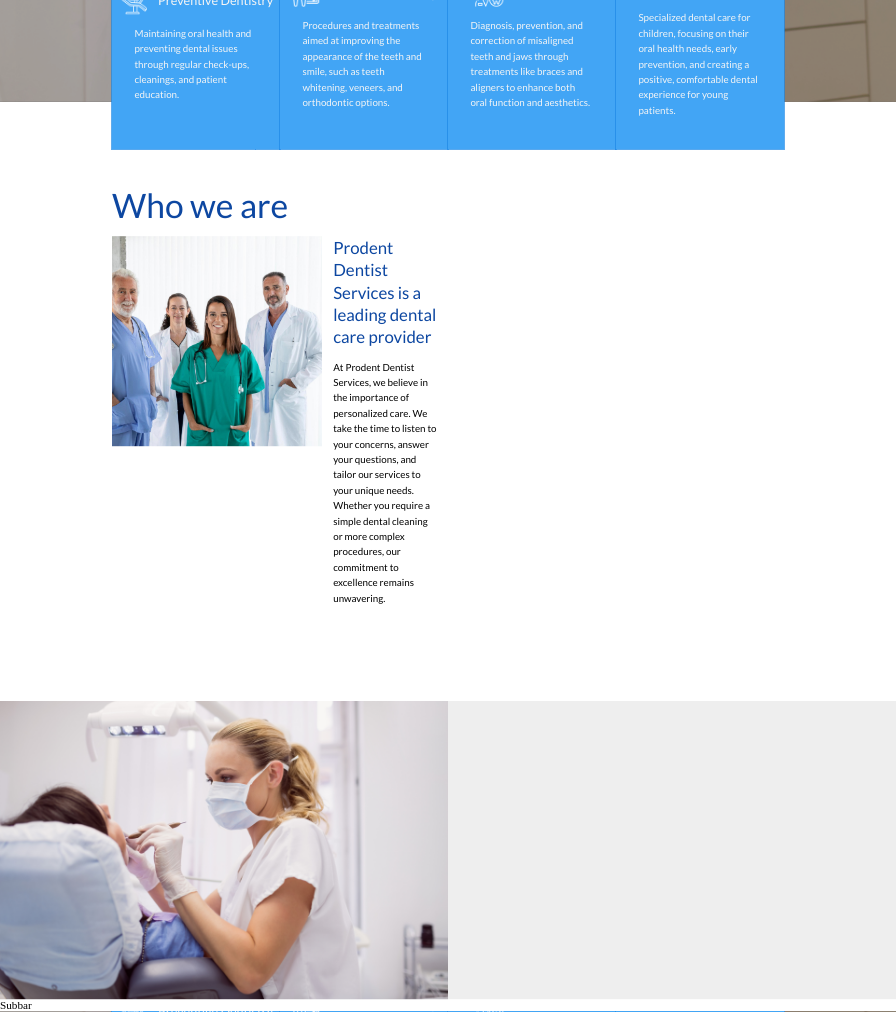
Repository: princ3-web/8
Page: /
An editor plug-in stored every save of this project. The page is shown before and after a run of saves, followed by the edit.
The browser window is 1280 px wide. The pictures show the part of the page from y = 819 to 2739 px (the page is 2264 px tall before and 2739 px after), at 70% of full size.
The project was rebuilt for these pictures with package versions that can differ from the ones it lists, and the page was loaded fresh each time. Also part of the build but not shown: vite.config.js, src/subpages/About.jsx, src/index.css.

Above is the page before, as saved 2023-11-02 15:29:38.

After the next 9 saves:
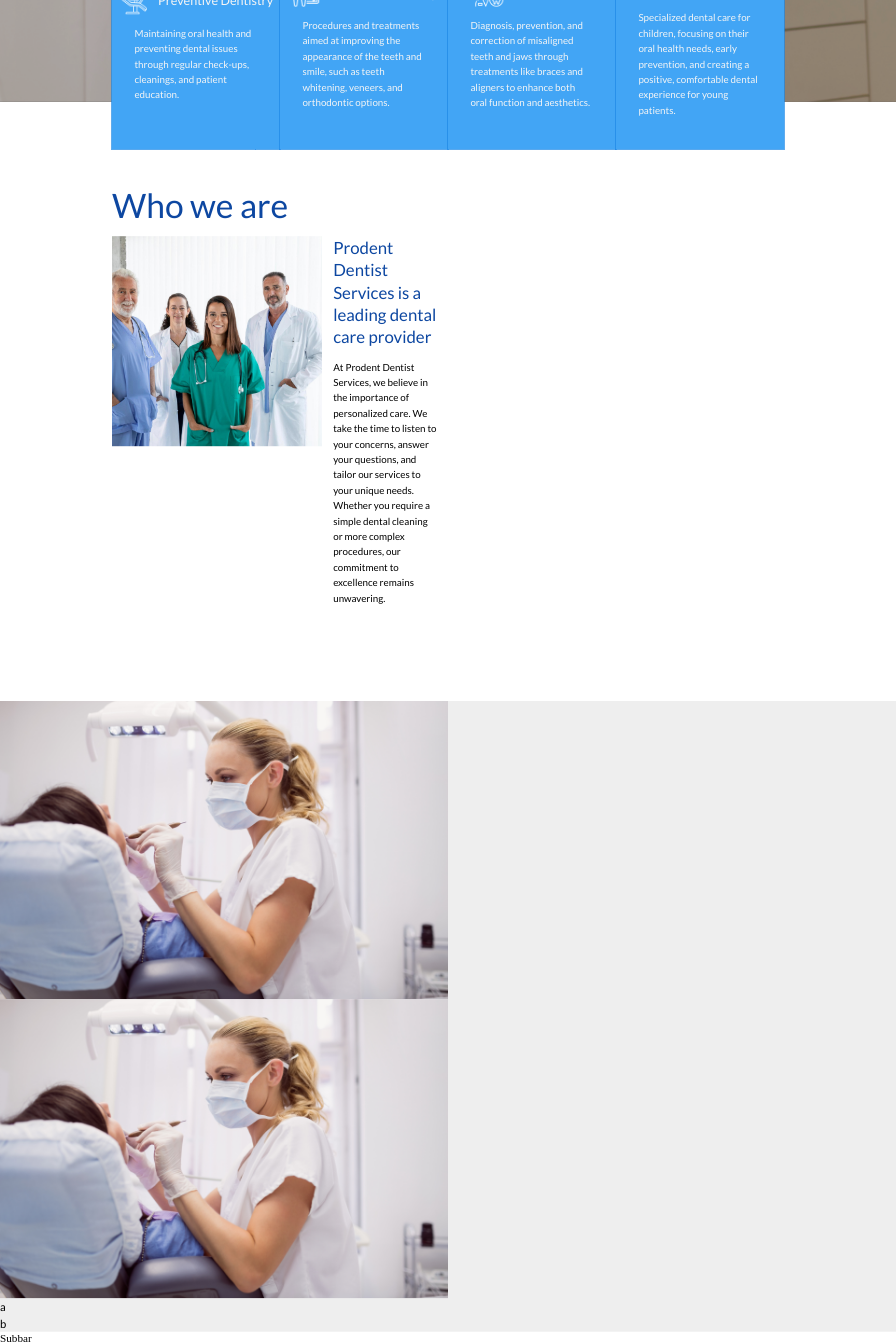
The 9 saves are shown as one change because they came seconds apart.
The last was saved 13 s later.
--- a/src/subpages/Home.jsx
+++ b/src/subpages/Home.jsx
@@ -221,7 +221,9 @@ const Home = () => {
       <Box sx={{backgroundColor: grey[200]}}>
         <CardMedia component="img" src={image5} alt="" sx={{ width: "50%", height: "100%" }} />
         <Box>
-
+        <CardMedia component="img" src={image5} alt="" sx={{ width: "50%", height: "100%" }} />
+        <Typography>a</Typography>
+        <Typography>b</Typography>
         </Box>
       </Box>
     </Box>
